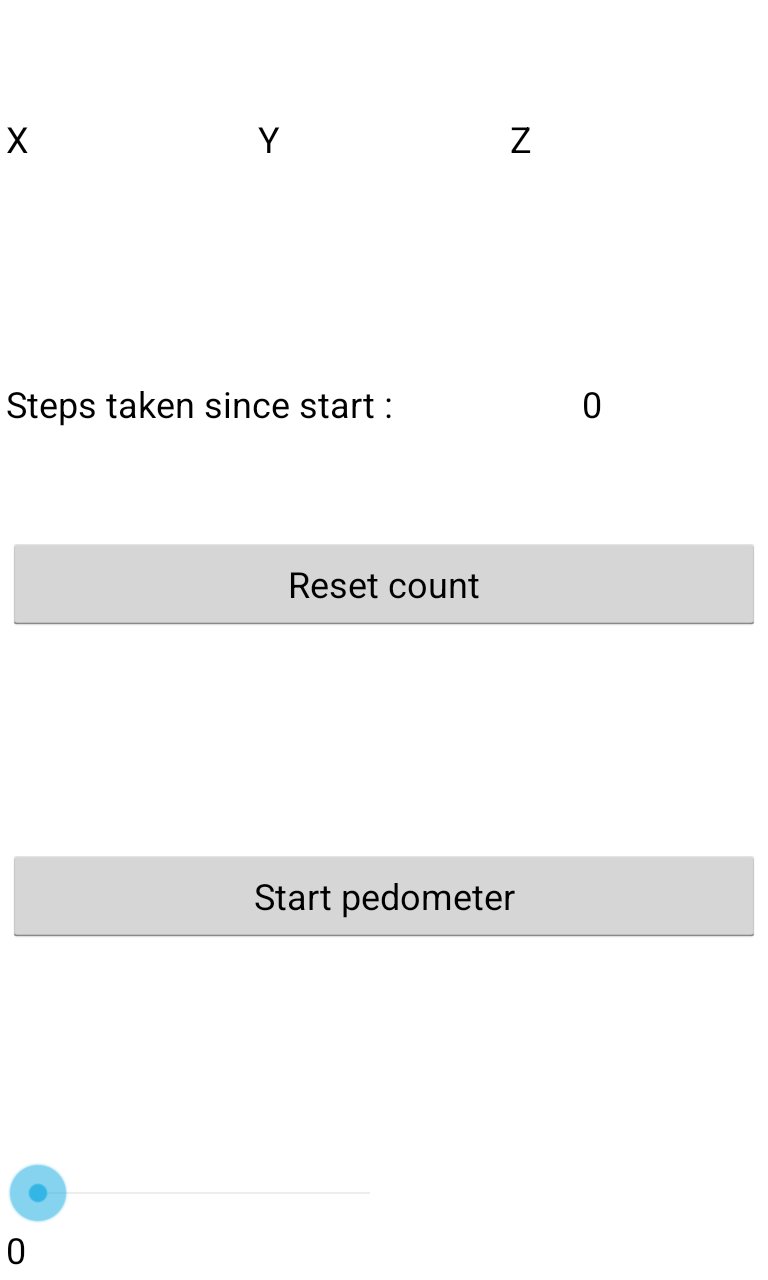
Repository: egelon/CardioAssistant
Layout: CardioAssistant/res/layout/activity_main.xml
An editor plug-in stored every save of this project. The layout is shown before and after the next save, followed by the edit.
It is drawn on a 768 x 1280 px phone screen (xhdpi) without system bars, with theme AppTheme; the app's code is not run.

Above is the layout before, as saved 2014-01-20 17:54:25.

After the next save:
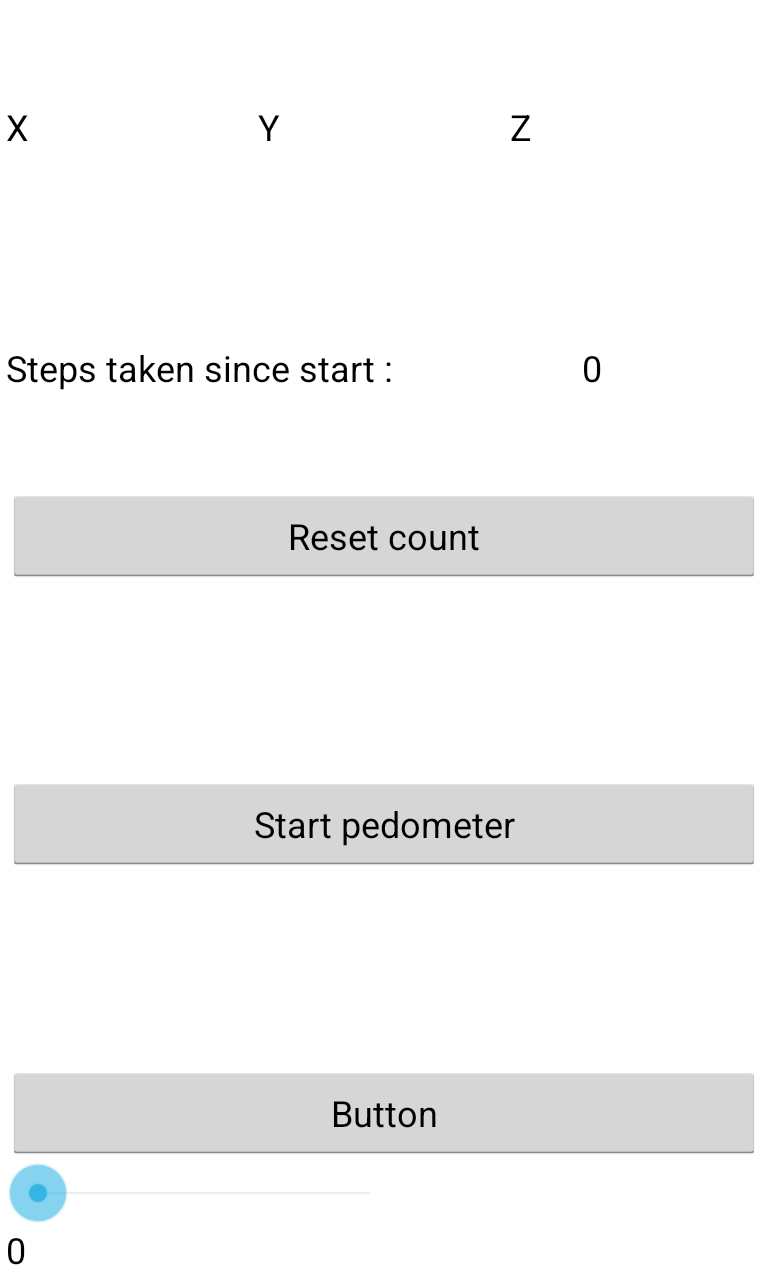
Saved 17 h 20 min later.
--- a/CardioAssistant/res/layout/activity_main.xml
+++ b/CardioAssistant/res/layout/activity_main.xml
@@ -101,6 +101,20 @@
     </TableRow>
 
     <TableRow
+        android:id="@+id/tableRow7"
+        android:layout_width="wrap_content"
+        android:layout_height="wrap_content" >
+
+        <Button
+            android:id="@+id/button1"
+            android:layout_width="wrap_content"
+            android:layout_height="wrap_content"
+            android:layout_weight="1"
+            android:text="Button" />
+
+    </TableRow>
+
+    <TableRow
         android:id="@+id/tableRow5"
         android:layout_width="wrap_content"
         android:layout_height="wrap_content" >
